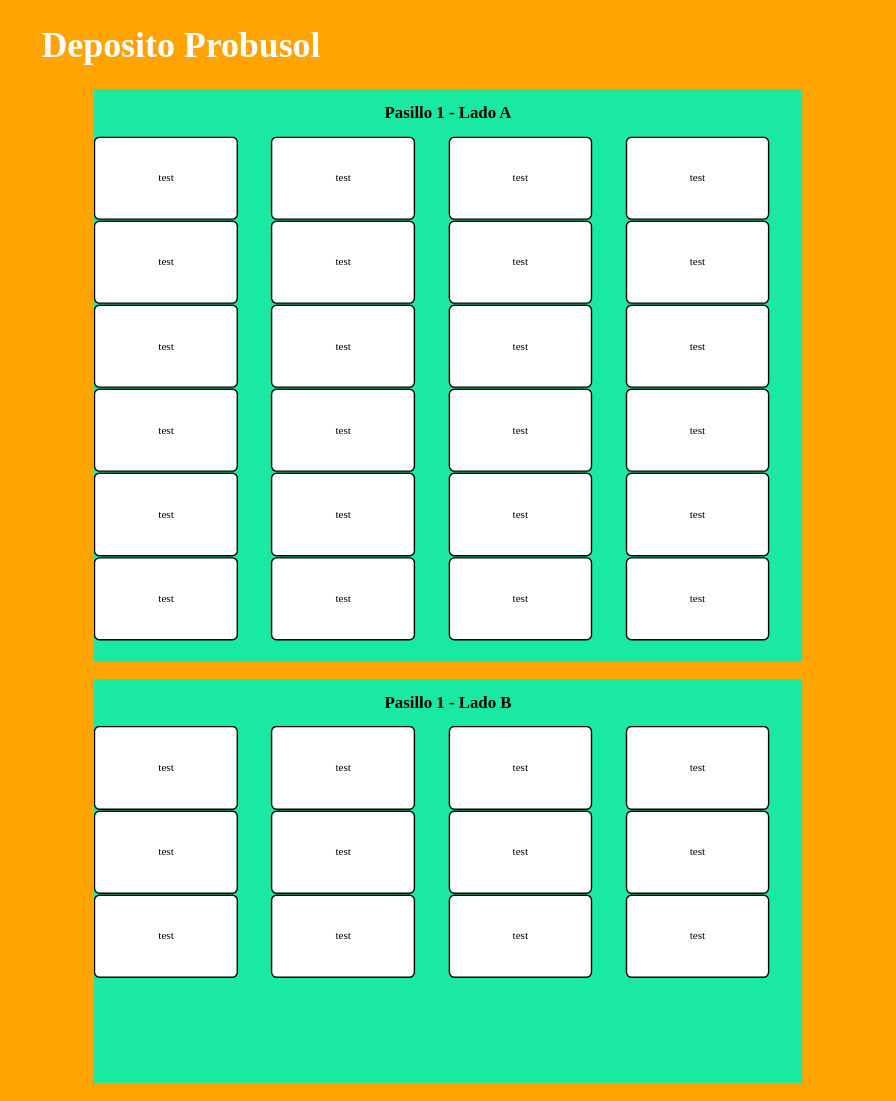
Repository: Franzcod/DepoStock_Web
Page: index.html
These files come from the project's save history. The page is drawn as it stood at one moment and after the next save; the edit follows.
The browser window is 1280 px wide. The pictures show the part of the page from y = 0 to 1920 px (the page is 1573 px tall before and 4698 px after), at 70% of full size.

Above is the page before, as saved 2020-06-07 03:06:24.
Console error: ReferenceError: ur is not defined

After the next save:
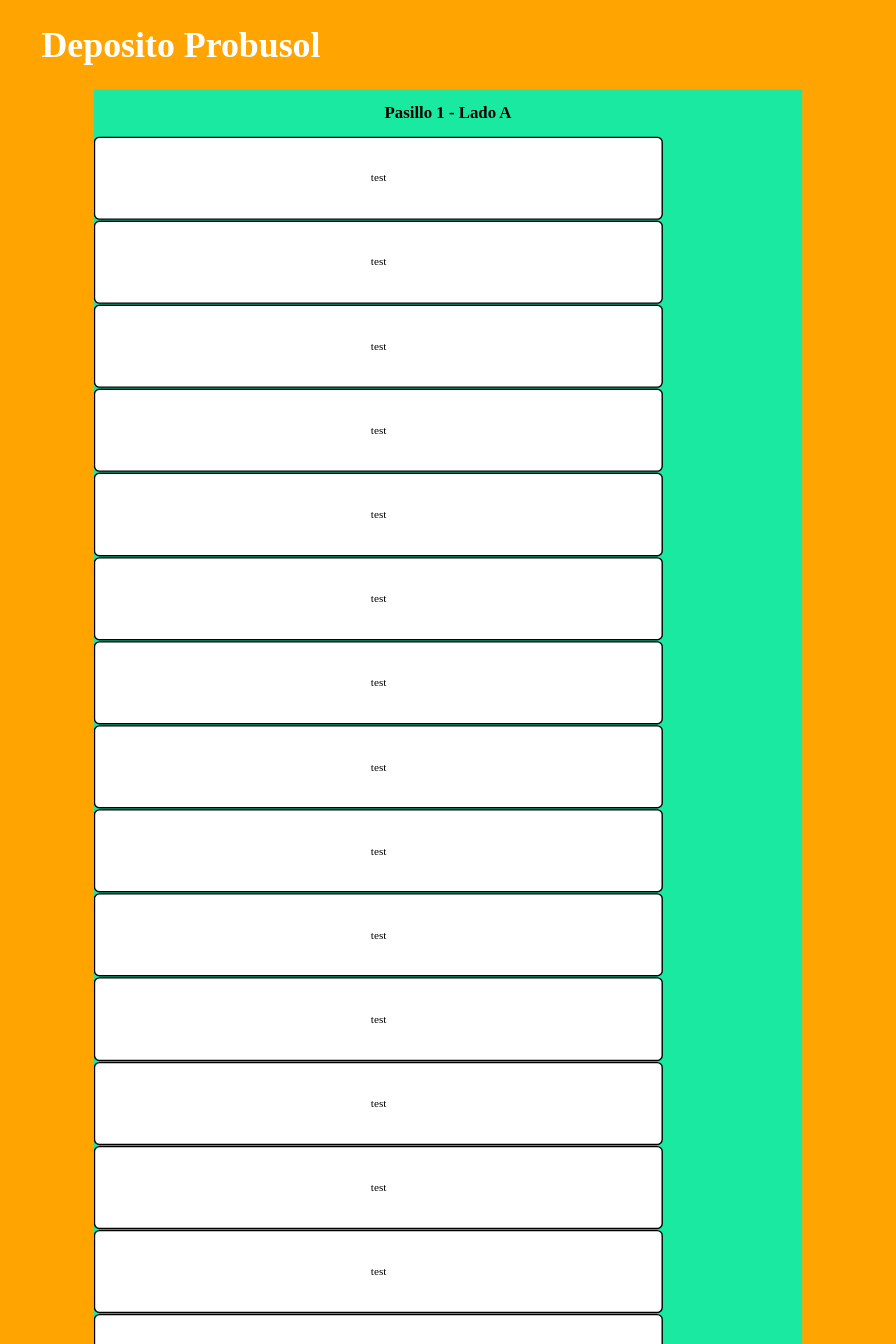
Saved 2 min 7 s later.
--- a/estilo/estilo.css
+++ b/estilo/estilo.css
@@ -25,8 +25,8 @@
 
 .hs {
     display: grid;
-    grid-template-columns: repeat(4, 1fr);
-    grid-template-rows: repeat(4, 1fr);
+    grid-template-columns: repeat(20%, 1fr);
+    grid-template-rows: repeat(20%, 1fr);
     gap: 1px 1px;
 
     overflow-x: scroll;

After the 4 saves that followed:
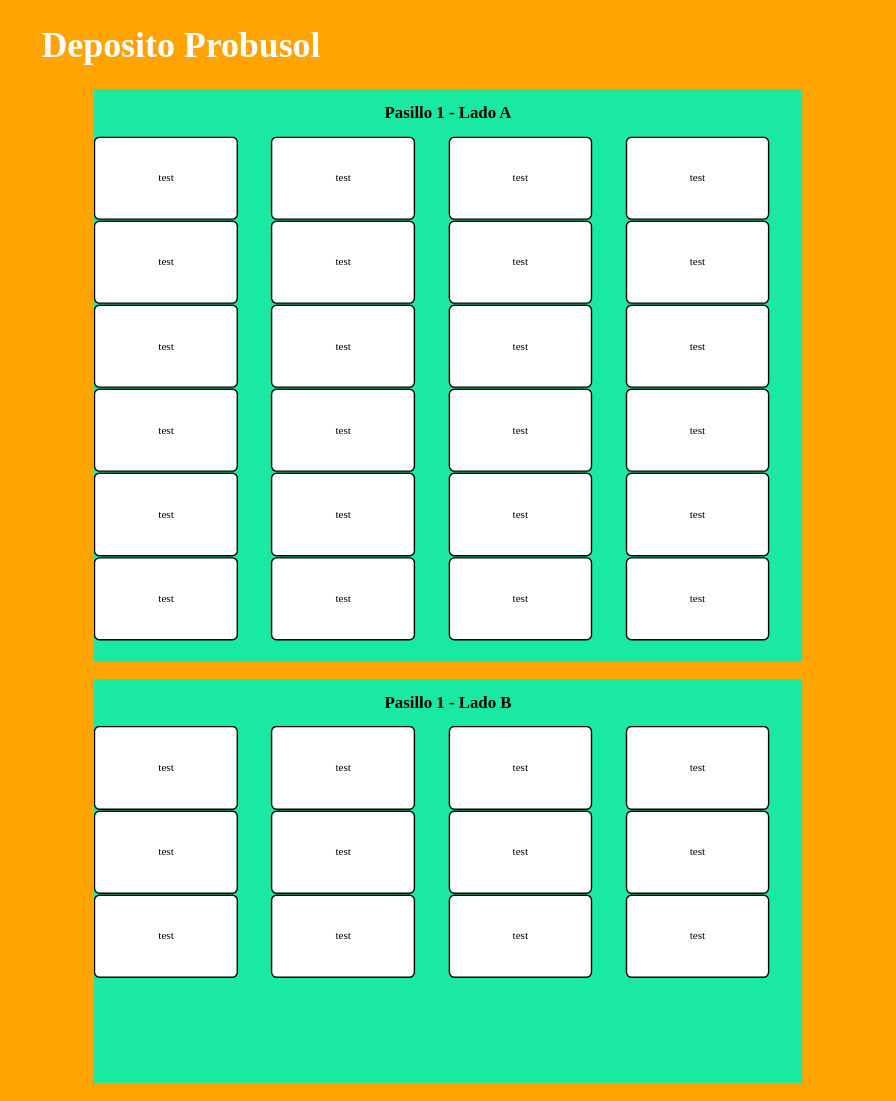
The 4 saves are shown as one change because 3 left the picture as it was.
The last was saved 41 s later.
--- a/estilo/estilo.css
+++ b/estilo/estilo.css
@@ -25,8 +25,8 @@
 
 .hs {
     display: grid;
-    grid-template-columns: repeat(20%, 1fr);
-    grid-template-rows: repeat(20%, 1fr);
+    grid-template-columns: repeat(4, 1fr);
+    grid-template-rows: repeat(4, 1fr);
     gap: 1px 1px;
 
     overflow-x: scroll;
